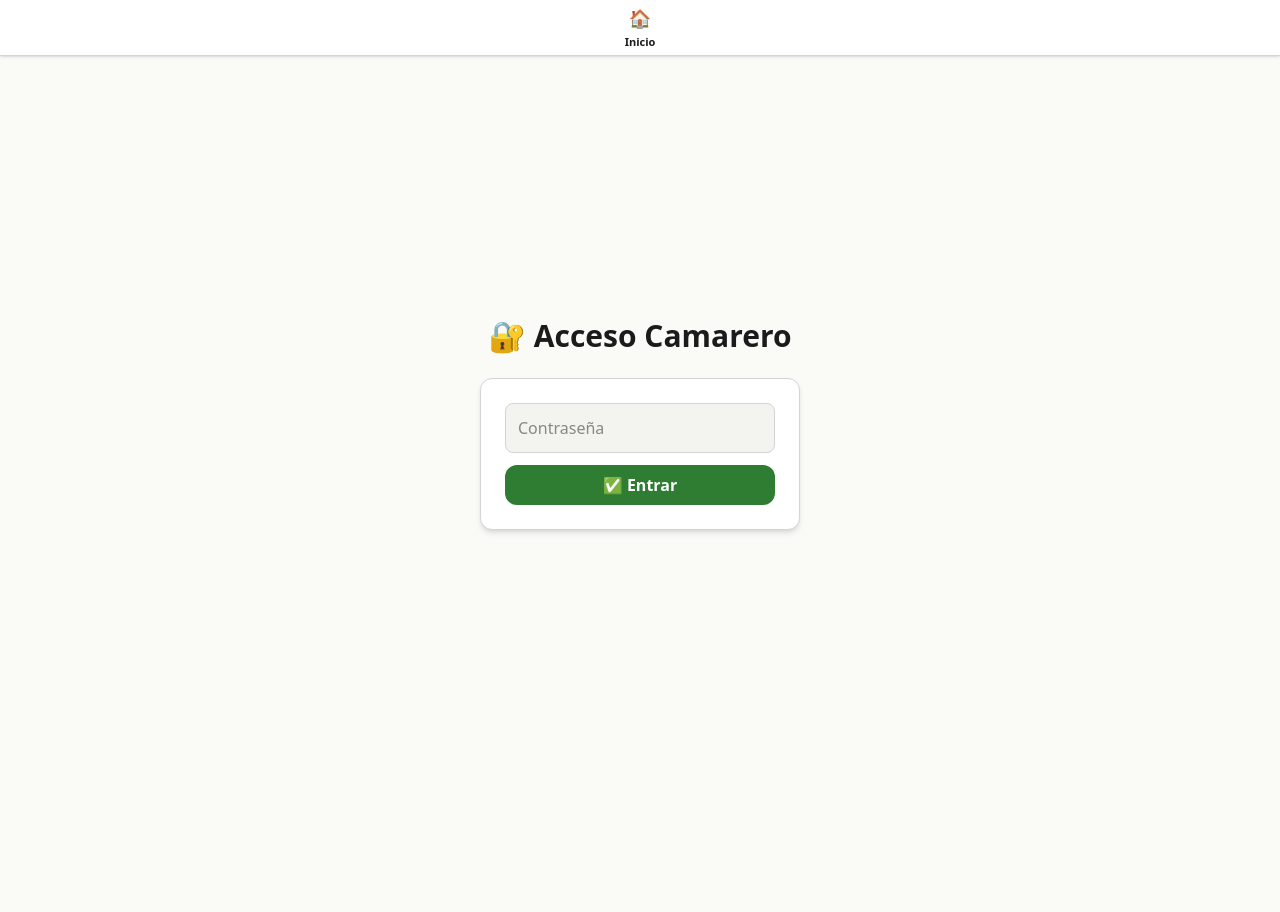
Repository: jrcardenas/sirvaapp
Page: /admin
The author's editor kept a copy of each file at every save. The page is drawn from the files as they stood at one save, then again after the next save.
The browser window is 1280 px wide. The pictures show the whole page.
The project was rebuilt for these pictures with package versions that can differ from the ones it lists, and the page was loaded fresh each time. The framework's server and built-in components were replaced by stand-ins that run in the browser. Also part of the build but not shown: next.config.ts, app/components/ui/CallWaiterToast.tsx.

Above is the page before, as saved 2025-11-04 00:45:47.

### app/layout.tsx
import type { Metadata } from "next";
import "./globals.css";

import Header from "@/components/layout/Header";
import CallWaiterPopup from "@/components/ui/CallWaiterPopup";
import CallWaiterToast from "@/components/ui/CallWaiterToast";

export const metadata: Metadata = {
  title: "SirvaApp",
  description: "Pide desde tu mesa. Sirve más rápido.",
};

export default function RootLayout({ children }: { children: React.ReactNode }) {
  return (
    <html lang="es">
      <body className="bg-[var(--color-background)] text-[var(--color-text-dark)]">
        <Header />

        {/* ✅ Popup de confirmación */}
        <CallWaiterPopup />

        {/* ✅ Toast flotante */}
        <CallWaiterToast />

        <main className="pt-16 pb-32 max-w-md mx-auto">
          {children}
        </main>
      </body>
    </html>
  );
}

### app/admin/page.tsx
"use client";

import { useRouter } from "next/navigation";
import { useState, useEffect } from "react";

export default function AdminLogin() {
  const router = useRouter();
  const [password, setPassword] = useState("");

  // Si ya está logueado → ir al panel
  useEffect(() => {
    if (localStorage.getItem("admin-auth") === "true") {
      router.replace("/admin/panel");
    }
  }, [router]);

  const handleLogin = () => {
    if (password === "1234") {
      localStorage.setItem("admin-auth", "true");
      router.push("/admin/panel");
    } else {
      alert("❌ Contraseña incorrecta");
    }
  };

  return (
    <main className="min-h-screen flex flex-col items-center justify-center bg-background p-6">
      <h1 className="text-3xl font-bold text-center mb-6">🔐 Acceso Camarero</h1>

      <div className="w-full max-w-xs bg-surface p-6 rounded-xl shadow-md border border-border">
        <input
          type="password"
          placeholder="Contraseña"
          className="w-full bg-surfaceAlt border border-border rounded-lg p-3 mb-3"
          value={password}
          onChange={(e) => setPassword(e.target.value)}
        />

        <button
          onClick={handleLogin}
          className="w-full bg-primary text-white py-2 rounded-xl font-bold active:scale-95"
        >
          ✅ Entrar
        </button>
      </div>
    </main>
  );
}

### app/globals.css
@import "tailwindcss";

/* ✅ Variables globales a juego con tu tailwind.config */
:root {
  --color-background: #FAFAF7;
  --color-surface: #FFFFFF;
  --color-surface-alt: #F3F3EF;

  --color-text-dark: #1B1B1B;
  --color-text-muted: #606060;
  --color-text-disabled: #AFAFAF;

  --color-border: #D4D4D4;

  --color-primary: #2E7D32;
  --color-primary-light: #4CAF50;
  --color-accent: #81C784;
  --color-danger: #C62828;

  --color-disabled-bg: #E6E6E6;
  --color-disabled-text: #A8A8A8;

  --radius: 14px;
  --button-height: 48px;
}

/* ✅ Fuente base limpia y moderna */
body {
  font-family: system-ui, -apple-system, BlinkMacSystemFont, "Segoe UI",
    Roboto, "Helvetica Neue", Arial, sans-serif;
  background-color: var(--color-background);
  color: var(--color-text-dark);
  -webkit-tap-highlight-color: transparent;
}

/* ✅ Utilidades de color para usar con clases Tailwind */
.bg-background { background-color: var(--color-background); }
.bg-surface { background-color: var(--color-surface); }
.bg-surfaceAlt { background-color: var(--color-surface-alt); }

.text-textDark { color: var(--color-text-dark); }
.text-textMuted { color: var(--color-text-muted); }
.text-disabledText { color: var(--color-text-disabled); }

.border-border { border-color: var(--color-border); }

.bg-primary { background-color: var(--color-primary); }
.bg-primaryLight { background-color: var(--color-primary-light); }
.bg-accent { background-color: var(--color-accent); }
.bg-danger { background-color: var(--color-danger); }

.bg-disabledBg { background-color: var(--color-disabled-bg); }

/* ✅ Botones sin texto invisible */
.disabled\:text-disabledText:disabled {
  color: var(--color-disabled-text);
}

/* ✅ Animaciones */
@keyframes fadeIn {
  from { opacity: 0; }
  to { opacity: 1; }
}

@keyframes slideUp {
  from { opacity: 0; transform: translateY(20px); }
  to { opacity: 1; transform: translateY(0); }
}

.animate-modal {
  animation: fadeIn 0.25s ease-out forwards,
             slideUp 0.25s ease-out forwards;
}

.animate-fade-in {
  animation: fadeIn 0.25s ease-out;
}

.animate-toast {
  animation: fadeIn 0.3s ease-out;
}

### app/components/ui/CallWaiterPopup.tsx
"use client";
import { useEffect, useState } from "react";

export default function CallWaiterPopup() {
  const [showPopup, setShowPopup] = useState(false);
  const [showToast, setShowToast] = useState(false);

  const handleConfirm = () => {
    setShowPopup(false);
    setShowToast(true);

    setTimeout(() => setShowToast(false), 2500);
  };

  useEffect(() => {
    const handler = () => setShowPopup(true);

    document.addEventListener("call-waiter", handler);
    return () => document.removeEventListener("call-waiter", handler);
  }, []);

  return (
    <>
      {/* ✅ Popup Confirmación */}
      {showPopup && (
        <div className="fixed inset-0 bg-black/50 backdrop-blur-sm flex items-center justify-center z-50 animate-fade-in">
          <div className="bg-white rounded-2xl p-6 w-80 shadow-xl animate-modal">

            <h3 className="text-lg font-bold text-center mb-3 text-[var(--color-text-dark)]">
              ¿Llamar al camarero?
            </h3>

            <p className="text-center text-[var(--color-text-dark)] mb-4">
              Le avisaremos enseguida 🚶‍♂️
            </p>

            <div className="flex gap-2">
              <button
                className="w-1/2 py-2 rounded-lg bg-gray-300 font-semibold"
                onClick={() => setShowPopup(false)}
              >
                ❌ Cancelar
              </button>

              <button
                className="w-1/2 py-2 rounded-lg bg-[var(--color-primary)] text-white font-semibold"
                onClick={handleConfirm}
              >
                🛎️ Llamar
              </button>
            </div>

          </div>
        </div>
      )}

      {/* ✅ Toast animado */}
      {showToast && (
        <div className="fixed bottom-32 left-1/2 -translate-x-1/2
                        bg-[var(--color-primary)] text-white px-4 py-2
                        rounded-full shadow-xl animate-toast z-[9999]">
          🛎️ ¡Camarero avisado!
        </div>
      )}
    </>
  );
}

### app/store/orderStore.ts
import { create } from "zustand";
import { persist } from "zustand/middleware";

export type PedidoItem = {
  id: string;
  name: string;
  price: number;
  qty: number;
  entregado: boolean;
  timestamp: number;
};

type MesaState = {
  items: PedidoItem[];
  cuentaSolicitada: boolean;
  llamada: boolean;
};

type MesaOrders = {
  [mesaId: string]: MesaState;
};

type OrderStore = {
  mesas: MesaOrders;
  addToMesa: (mesaId: string, items: PedidoItem[]) => void;
  marcarServido: (mesaId: string, timestamp: number) => void;
  pedirCuenta: (mesaId: string) => void;
  cobrarMesa: (mesaId: string) => void;
  limpiarMesa: (mesaId: string) => void;
  llamarCamarero: (mesaId: string) => void;
  atenderLlamada: (mesaId: string) => void;
  _notifyChanges: () => void;
};

// ✅ Canales Broadcast
const pedidosChannel =
  typeof window !== "undefined"
    ? new BroadcastChannel("pedidos_channel")
    : null;

const notifyChannel =
  typeof window !== "undefined"
    ? new BroadcastChannel("notify_channel")
    : null;

export const useOrderStore = create<OrderStore>()(
  persist(
    (set, get) => ({
      mesas: {},

      addToMesa: (mesaId, items) => {
        const mesa = get().mesas[mesaId] ?? {
          items: [],
          cuentaSolicitada: false,
          llamada: false,
        };

        const nuevosItems = items.map((i) => ({
          ...i,
          entregado: false,
          timestamp: Date.now(),
        }));

        const updatedMesa: MesaState = {
          ...mesa,
          items: [...mesa.items, ...nuevosItems],
        };

        set({
          mesas: { ...get().mesas, [mesaId]: updatedMesa },
        });

        get()._notifyChanges();
      },

      marcarServido: (mesaId, timestamp) => {
        const mesa = get().mesas[mesaId];
        if (!mesa) return;

        const updatedMesa: MesaState = {
          ...mesa,
          items: mesa.items.map((i) =>
            i.timestamp === timestamp ? { ...i, entregado: true } : i
          ),
        };

        set({
          mesas: { ...get().mesas, [mesaId]: updatedMesa },
        });

        get()._notifyChanges();
      },

      pedirCuenta: (mesaId) => {
        const mesa = get().mesas[mesaId];
        if (!mesa) return;

        const updatedMesa: MesaState = {
          ...mesa,
          cuentaSolicitada: true,
        };

        set({
          mesas: { ...get().mesas, [mesaId]: updatedMesa },
        });

        notifyChannel?.postMessage({ mesaId, cuentaSolicitada: true });
        get()._notifyChanges();
      },

      cobrarMesa: (mesaId) => {
        const updatedMesa: MesaState = {
          items: [],
          cuentaSolicitada: false,
          llamada: false,
        };

        set({
          mesas: { ...get().mesas, [mesaId]: updatedMesa },
        });

        notifyChannel?.postMessage({ mesaId, cobrado: true });
        get()._notifyChanges();
      },

      limpiarMesa: (mesaId) => {
        const updatedMesa: MesaState = {
          items: [],
          cuentaSolicitada: false,
          llamada: false,
        };

        set({
          mesas: { ...get().mesas, [mesaId]: updatedMesa },
        });

        get()._notifyChanges();
      },

      llamarCamarero: (mesaId) => {
        const mesa = get().mesas[mesaId] ?? {
          items: [],
          cuentaSolicitada: false,
          llamada: false,
        };

        const updatedMesa: MesaState = { ...mesa, llamada: true };

        set({
          mesas: { ...get().mesas, [mesaId]: updatedMesa },
        });

        notifyChannel?.postMessage({ mesaId, llamada: true });
        get()._notifyChanges();
      },

      atenderLlamada: (mesaId) => {
        const mesa = get().mesas[mesaId];
        if (!mesa) return;

        const updatedMesa: MesaState = { ...mesa, llamada: false };

        set({
          mesas: { ...get().mesas, [mesaId]: updatedMesa },
        });

        notifyChannel?.postMessage({ mesaId, respondido: true });
        get()._notifyChanges();
      },

      _notifyChanges: () => {
        pedidosChannel?.postMessage({ mesas: get().mesas });
      },
    }),
    { name: "order-storage" }
  )
);

// ✅ Escucha de cambios desde otros clientes
if (notifyChannel) {
  notifyChannel.onmessage = (ev) => {
    const { mesaId, llamada, respondido, cuentaSolicitada } = ev.data;
    const mesas = useOrderStore.getState().mesas;
    const mesaActual = mesas[mesaId];

    if (!mesaActual) return;

    const updatedMesa: MesaState = { ...mesaActual };

    if (typeof llamada === "boolean") updatedMesa.llamada = llamada;
    if (respondido) updatedMesa.llamada = false;
    if (cuentaSolicitada) updatedMesa.cuentaSolicitada = true;

    useOrderStore.setState({
      mesas: { ...mesas, [mesaId]: updatedMesa },
    });
  };
}

Loaded but not shown: app/components/layout/Header.tsx (171 lines, source omitted)

After the next save:
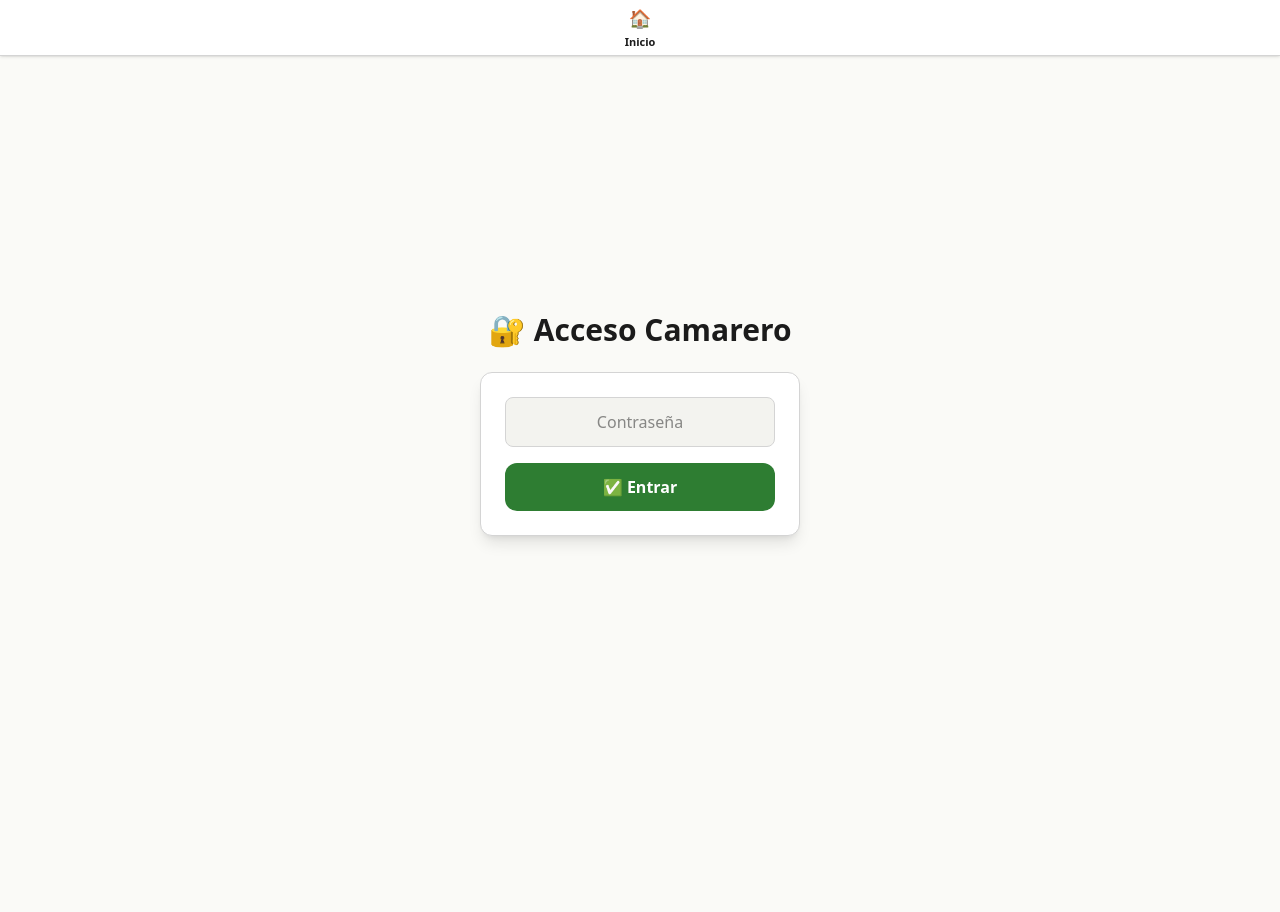
Saved 16 s later.
--- a/app/admin/page.tsx
+++ b/app/admin/page.tsx
@@ -6,8 +6,9 @@
 export default function AdminLogin() {
   const router = useRouter();
   const [password, setPassword] = useState("");
+  const [error, setError] = useState("");
 
-  // Si ya está logueado → ir al panel
+  // ✅ Si ya está logueado → ir al panel
   useEffect(() => {
     if (localStorage.getItem("admin-auth") === "true") {
       router.replace("/admin/panel");
@@ -18,27 +19,38 @@
     if (password === "1234") {
       localStorage.setItem("admin-auth", "true");
       router.push("/admin/panel");
-    } else {
-      alert("❌ Contraseña incorrecta");
+      return;
     }
+
+    setError("❌ Contraseña incorrecta");
+    setTimeout(() => setError(""), 2500);
   };
 
   return (
-    <main className="min-h-screen flex flex-col items-center justify-center bg-background p-6">
-      <h1 className="text-3xl font-bold text-center mb-6">🔐 Acceso Camarero</h1>
+    <main className="min-h-screen flex flex-col items-center justify-center bg-background p-6 animate-fade-in">
+      <h1 className="text-3xl font-bold text-center mb-6 text-textDark">
+        🔐 Acceso Camarero
+      </h1>
 
-      <div className="w-full max-w-xs bg-surface p-6 rounded-xl shadow-md border border-border">
+      <div className="w-full max-w-xs bg-surface p-6 rounded-xl shadow-lg border border-border">
         <input
           type="password"
           placeholder="Contraseña"
-          className="w-full bg-surfaceAlt border border-border rounded-lg p-3 mb-3"
+          className="w-full bg-surfaceAlt border border-border rounded-lg p-3 mb-4 text-center focus:ring-2 focus:ring-primary outline-none"
           value={password}
           onChange={(e) => setPassword(e.target.value)}
         />
 
+        {/* ✅ Mensaje de error con animación */}
+        {error && (
+          <p className="text-danger font-semibold text-center mb-3 animate-pulse">
+            {error}
+          </p>
+        )}
+
         <button
           onClick={handleLogin}
-          className="w-full bg-primary text-white py-2 rounded-xl font-bold active:scale-95"
+          className="w-full bg-primary text-white py-3 rounded-xl font-bold active:scale-95 transition"
         >
           ✅ Entrar
         </button>

After the save that followed:
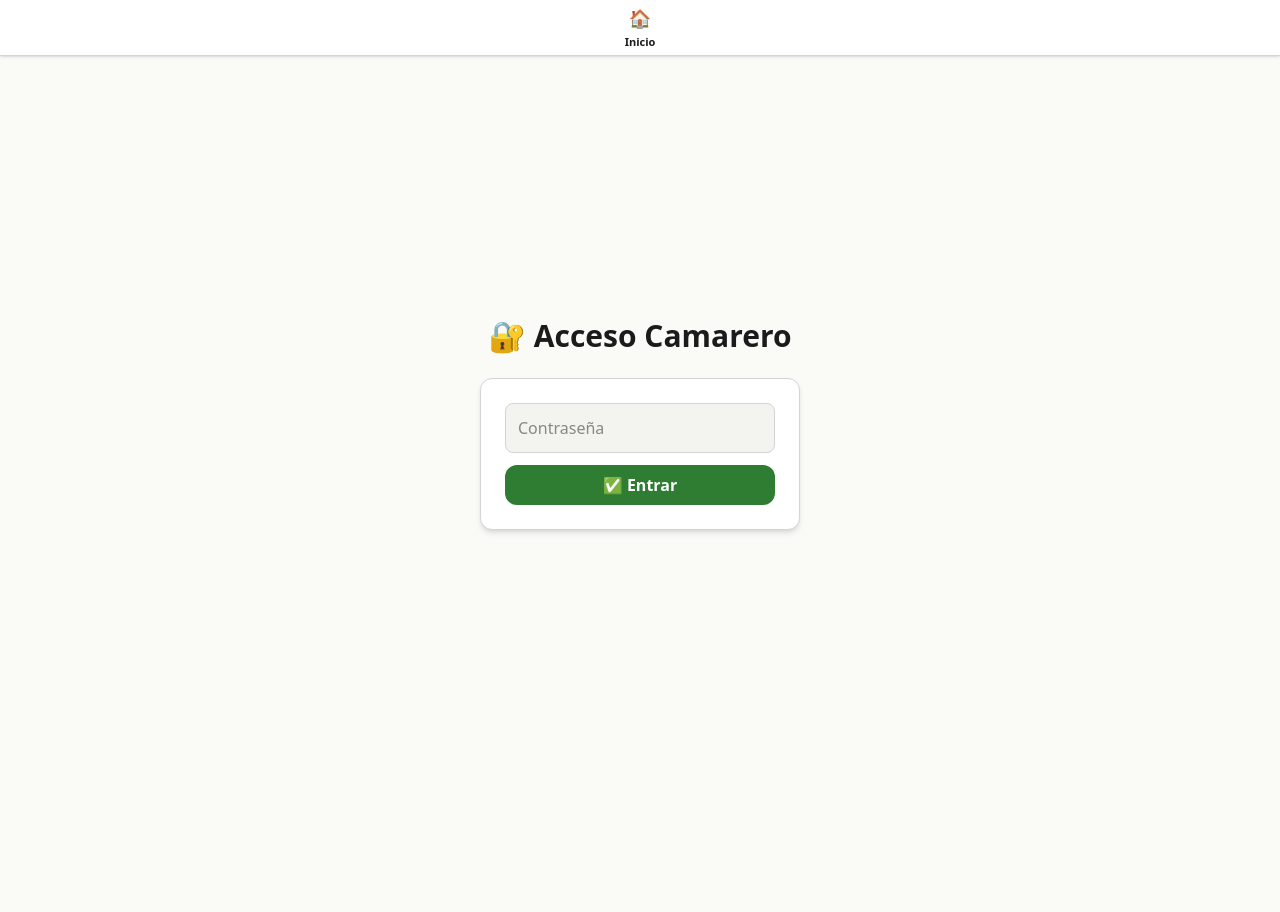
Saved 61 s later.
--- a/app/admin/page.tsx
+++ b/app/admin/page.tsx
@@ -6,51 +6,45 @@
 export default function AdminLogin() {
   const router = useRouter();
   const [password, setPassword] = useState("");
-  const [error, setError] = useState("");
+  const [checkingAuth, setCheckingAuth] = useState(true);
 
-  // ✅ Si ya está logueado → ir al panel
+  // ✅ El login solo comprueba auth cuando ya existe window
   useEffect(() => {
-    if (localStorage.getItem("admin-auth") === "true") {
+    const isAuth = localStorage.getItem("admin-auth") === "true";
+    if (isAuth) {
       router.replace("/admin/panel");
+    } else {
+      setCheckingAuth(false);
     }
   }, [router]);
 
   const handleLogin = () => {
-    if (password === "1234") {
+    if (password.trim() === "1234") {
       localStorage.setItem("admin-auth", "true");
       router.push("/admin/panel");
-      return;
+    } else {
+      alert("❌ Contraseña incorrecta");
     }
-
-    setError("❌ Contraseña incorrecta");
-    setTimeout(() => setError(""), 2500);
   };
 
+  if (checkingAuth) return null; // ✅ No renderizar mientras se comprueba
+
   return (
-    <main className="min-h-screen flex flex-col items-center justify-center bg-background p-6 animate-fade-in">
-      <h1 className="text-3xl font-bold text-center mb-6 text-textDark">
-        🔐 Acceso Camarero
-      </h1>
+    <main className="min-h-screen flex flex-col items-center justify-center bg-background p-6">
+      <h1 className="text-3xl font-bold text-center mb-6">🔐 Acceso Camarero</h1>
 
-      <div className="w-full max-w-xs bg-surface p-6 rounded-xl shadow-lg border border-border">
+      <div className="w-full max-w-xs bg-surface p-6 rounded-xl shadow-md border border-border">
         <input
           type="password"
           placeholder="Contraseña"
-          className="w-full bg-surfaceAlt border border-border rounded-lg p-3 mb-4 text-center focus:ring-2 focus:ring-primary outline-none"
+          className="w-full bg-surfaceAlt border border-border rounded-lg p-3 mb-3"
           value={password}
           onChange={(e) => setPassword(e.target.value)}
         />
 
-        {/* ✅ Mensaje de error con animación */}
-        {error && (
-          <p className="text-danger font-semibold text-center mb-3 animate-pulse">
-            {error}
-          </p>
-        )}
-
         <button
           onClick={handleLogin}
-          className="w-full bg-primary text-white py-3 rounded-xl font-bold active:scale-95 transition"
+          className="w-full bg-primary text-white py-2 rounded-xl font-bold active:scale-95"
         >
           ✅ Entrar
         </button>
